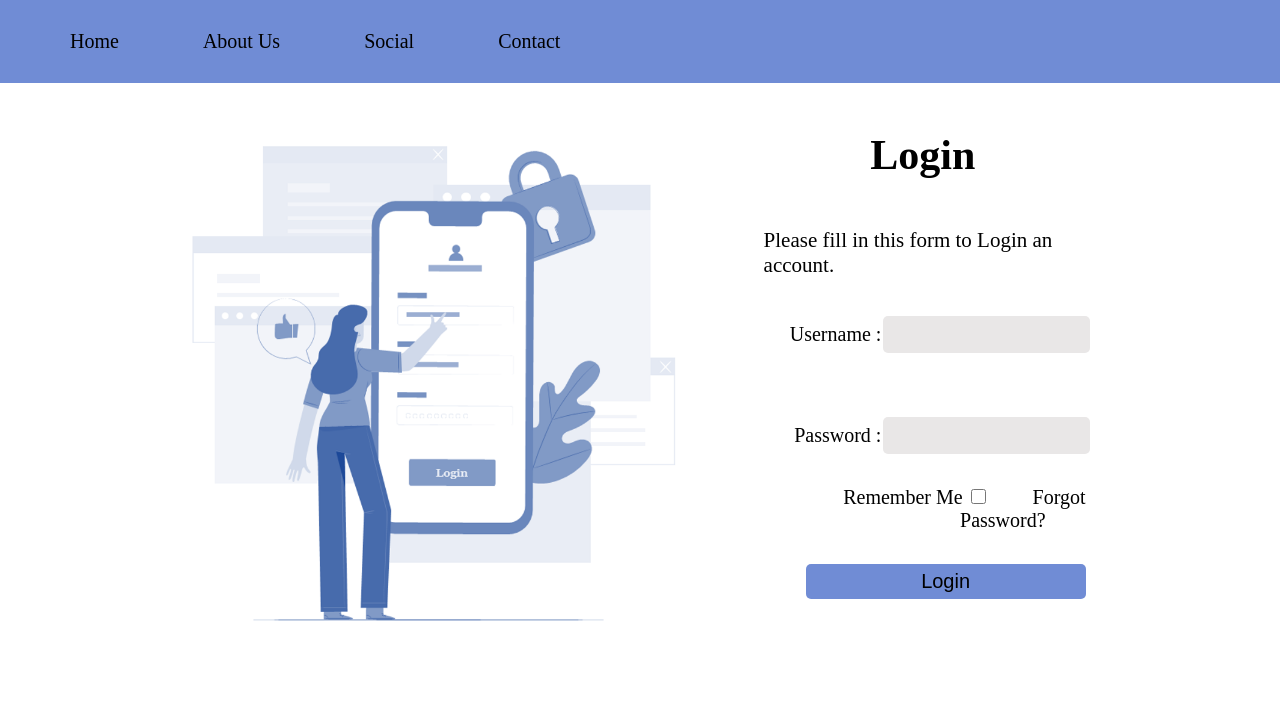
Repository: armanali13000/JAVA_CRUD
Page: http://localhost/CRUD_APP/Login.jsp
An editor plug-in stored every save of this project. The page is shown before and after the next save, followed by the edit.
The browser window is 1280 px wide. The pictures show the whole page.
The page is served by Tomcat 9.

Above is the page before, as saved 2023-03-04 14:49:57.

After the next save:
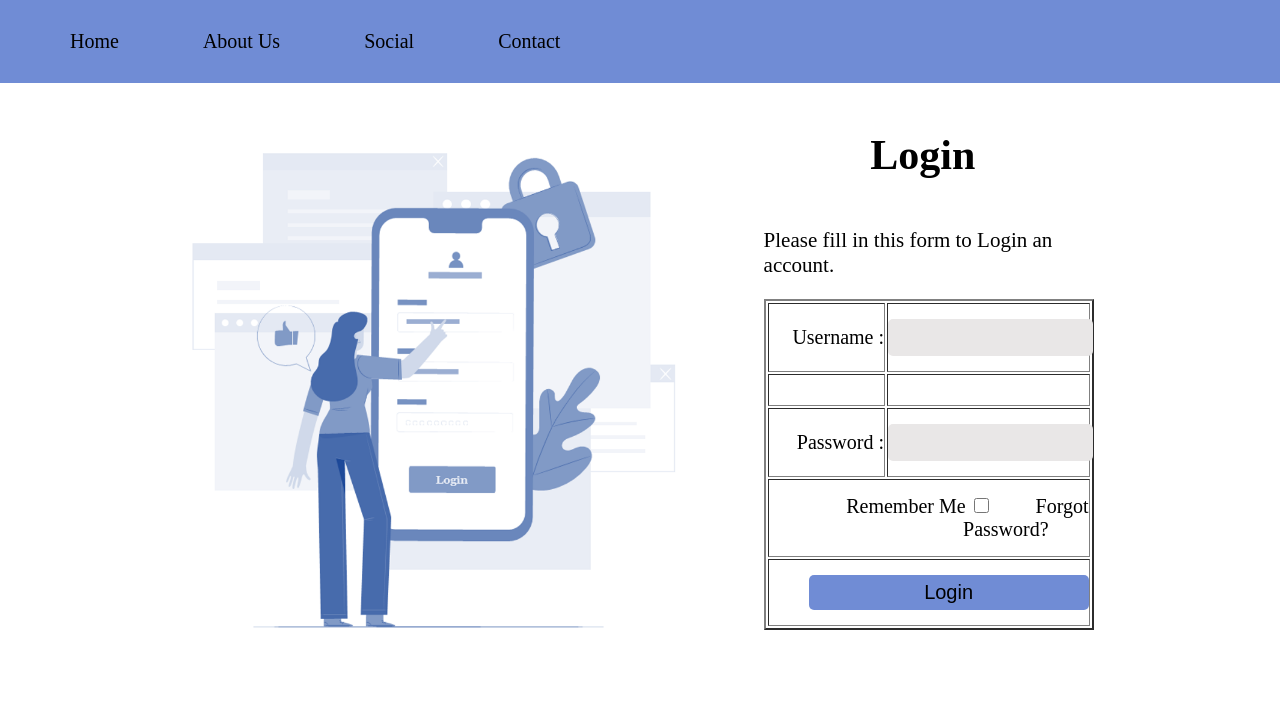
Saved 69 s later.
--- a/CRUD_APP/src/main/webapp/Login.jsp
+++ b/CRUD_APP/src/main/webapp/Login.jsp
@@ -135,7 +135,7 @@
                 <p>Please fill in this form to Login an account.</p>
             </div>
             <form class="registration" action="Register" method="post">
-                <table class="formtable" >
+                <table class="formtable" border=2px;>
                     <tbody class="tableborder">
                         <tr>
                             <td><label>Username :</label></td>
